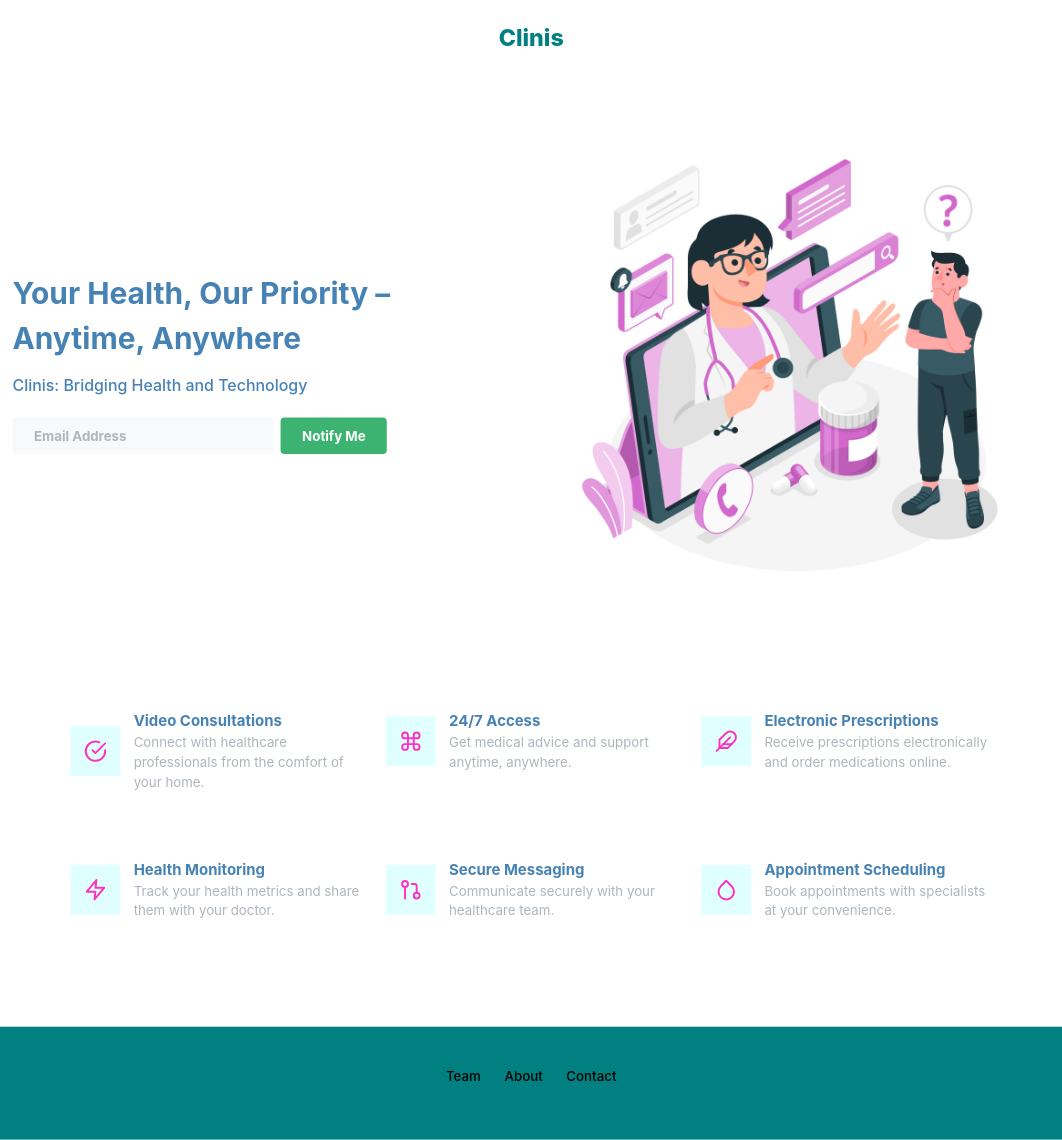
Repository: Rupak09/demo1
Page: index.html
These files come from the project's save history. The page is drawn as it stood at one moment and after the next save; the edit follows.
The browser window is 1280 px wide. The pictures show the whole page, at 83% of full size.
Some web fonts or font styles are not loaded; a fallback is used. Some web libraries are served in a nearby version.

Above is the page before, as saved 2024-12-28 14:29:14.

After the next save:
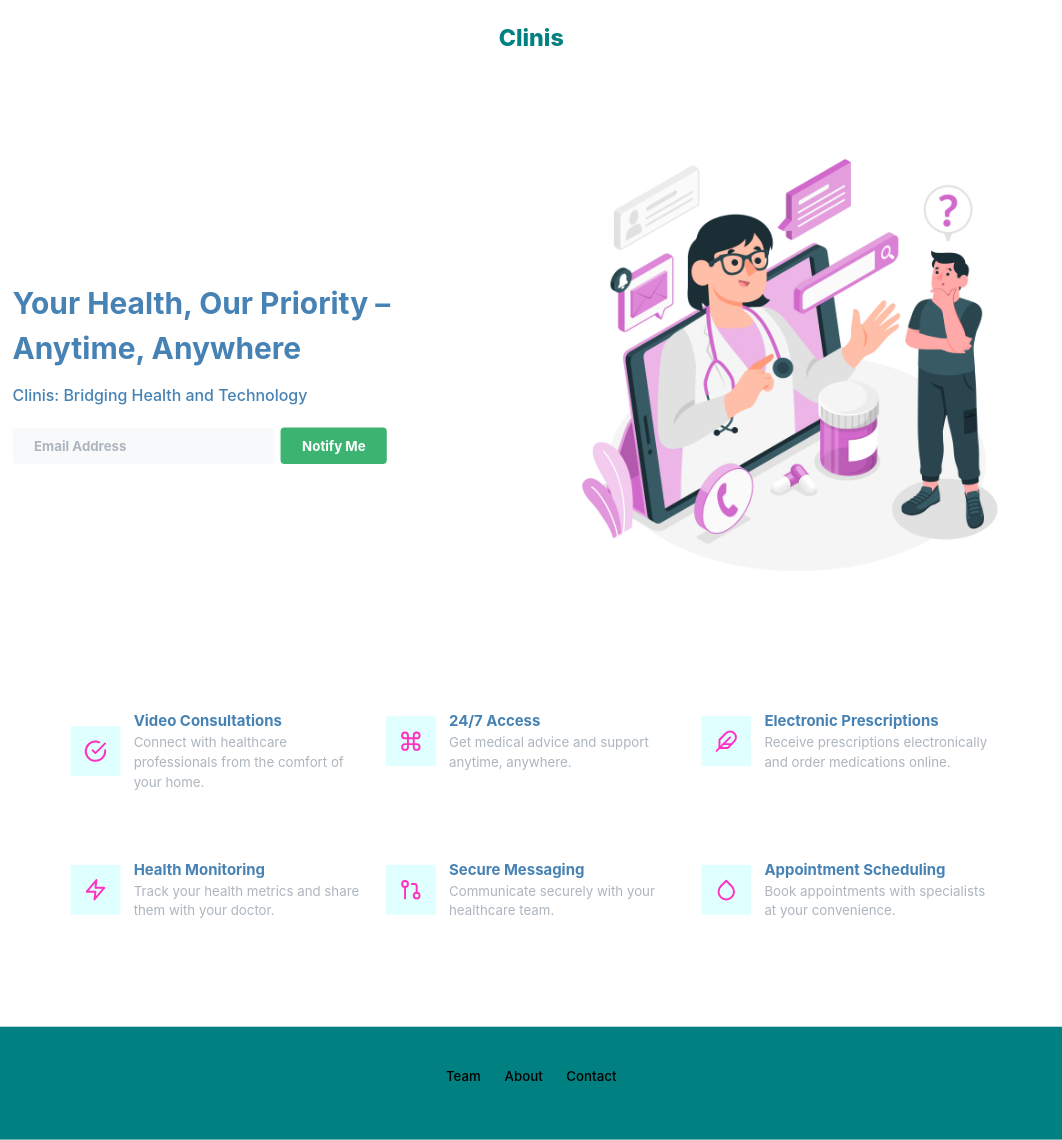
Saved 30 s later.
--- a/index.html
+++ b/index.html
@@ -75,7 +75,8 @@
             </div>
         </div>
         <div class="row mt-6">
-            <div class="col-md-6 order-1 order-md-1 my-auto">
+            <div class="col-md-6 order-3 order-md-1 my-auto">
+                <p class="lead mb-4"></p>
                 <h1>Your Health, Our Priority – Anytime, Anywhere</h1>
                 <p class="lead mb-4">
                     Clinis: Bridging Health and Technology
